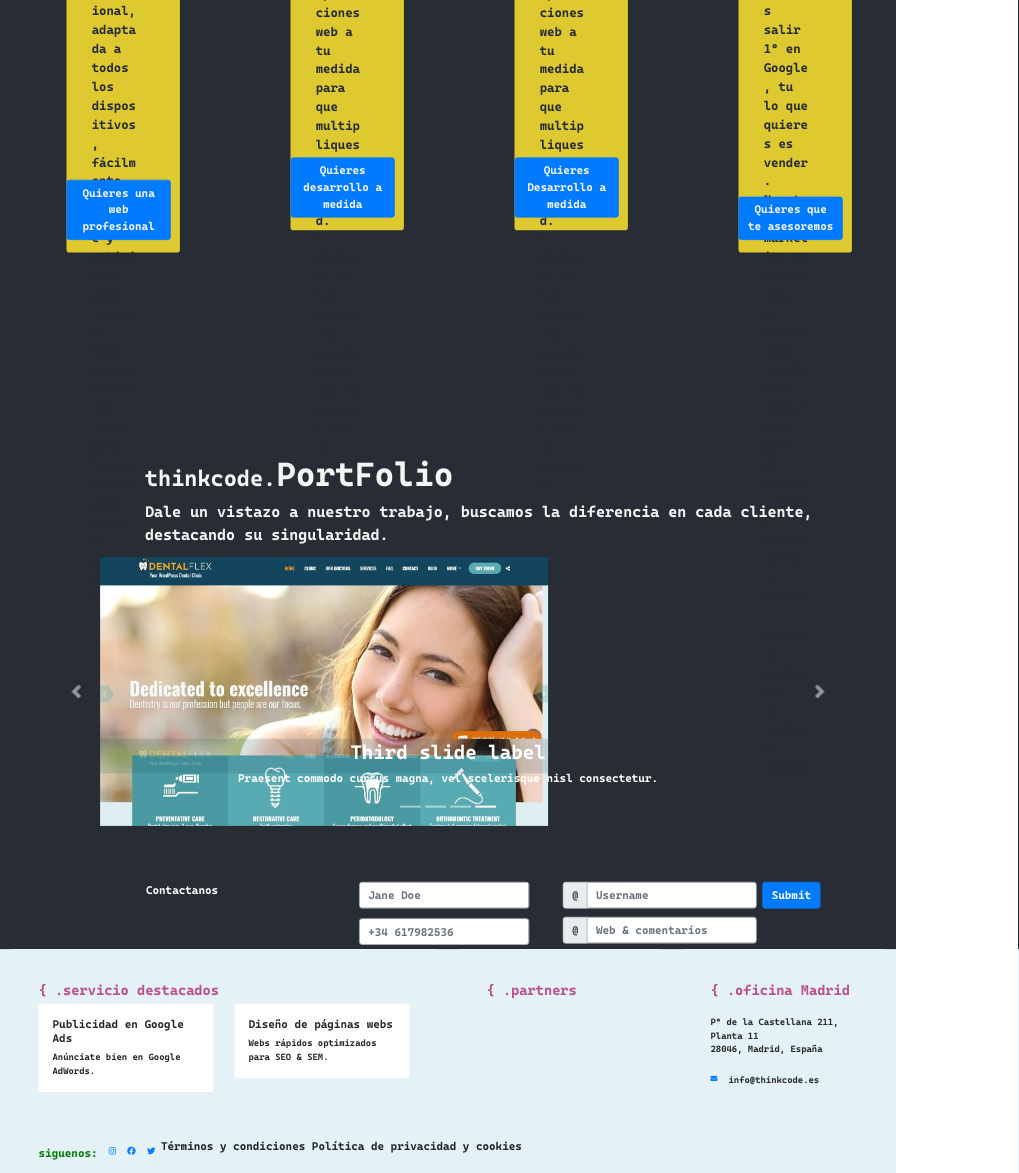
Repository: banchiec/thinkcode
Page: /
An editor plug-in stored every save of this project. The page is shown before and after the next save, followed by the edit.
The browser window is 1280 px wide. The page is 1455 px wide, so the pictures cover 1455 px, including what lies to the right of the window. The pictures show the part of the page from y = 1587 to 3267 px (the page is 3263 px tall before and 3267 px after), at 70% of full size.
Some web libraries are served in a nearby version. The project was rebuilt for these pictures with package versions that can differ from the ones it lists, and the page was loaded fresh each time. Also part of the build but not shown: src/components/MenuItems.js, src/components/Dropdownthink.css, src/components/Dropdownthink.js, src/components/pages/Consulting.js, src/components/pages/ContactUs.js, src/components/pages/Marketing.js, src/components/pages/Products.js, src/components/pages/Services.js and 1 more. Imported but missing from the stored project, and not drawn on this page: src/components/sliderInfo/SliderInfo.

Above is the page before, as saved 2020-11-30 14:39:44.

After the next save:
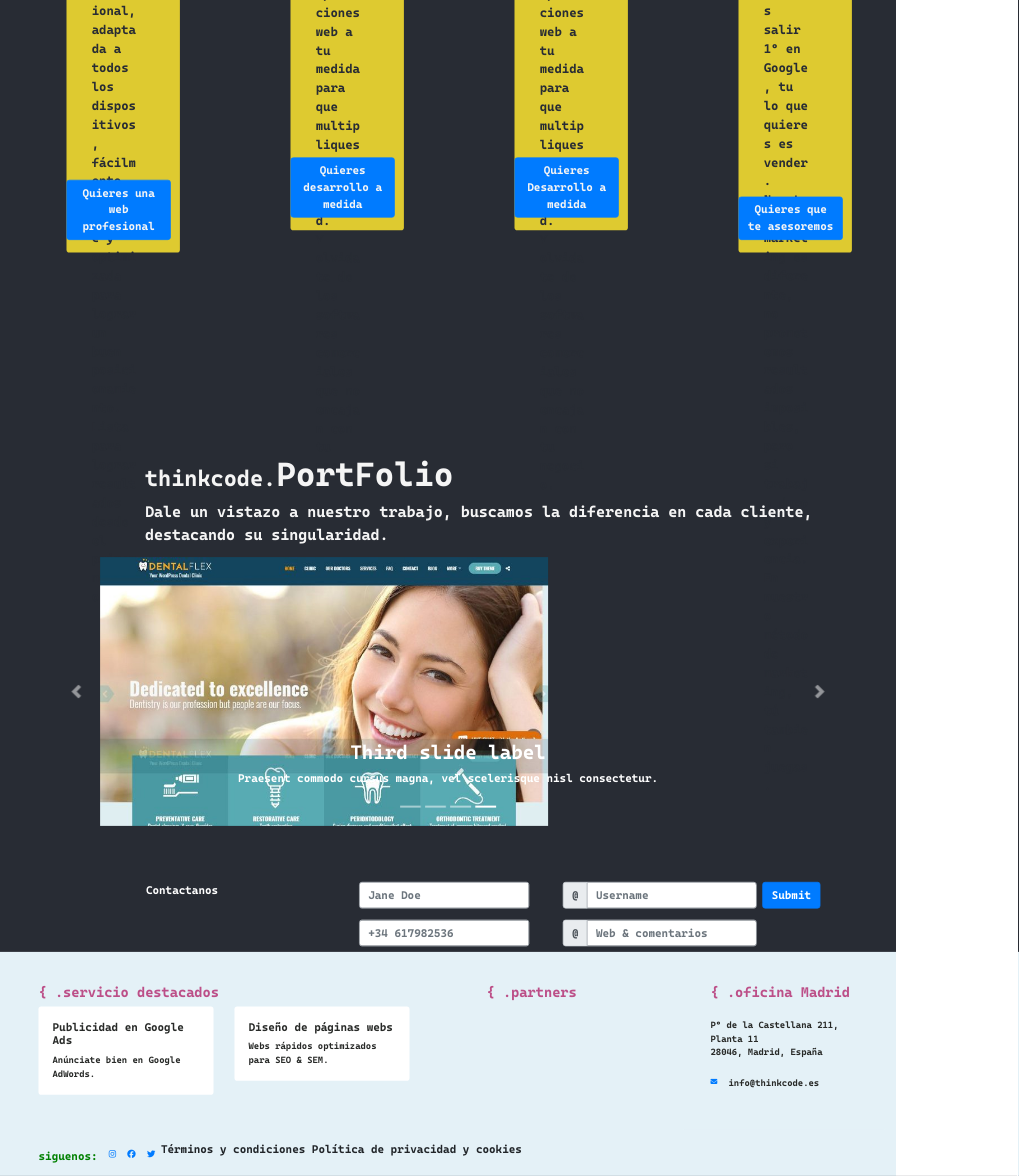
Saved 8 s later.
--- a/src/components/forms/FormContact.js
+++ b/src/components/forms/FormContact.js
@@ -46,7 +46,7 @@ export default function FormContact() {
                             <Form.Label htmlFor="inlineFormInputGroupUsername3" srOnly>
                                 Web & comentarios
                             </Form.Label>
-                            <InputGroup className="mb-2 mt-1 mr-sm-2 ml-5">
+                            <InputGroup className="mb-2 mt-2 mr-sm-2 ml-5">
                                 <InputGroup.Prepend>
                                 <InputGroup.Text>@</InputGroup.Text>
                                 </InputGroup.Prepend>
